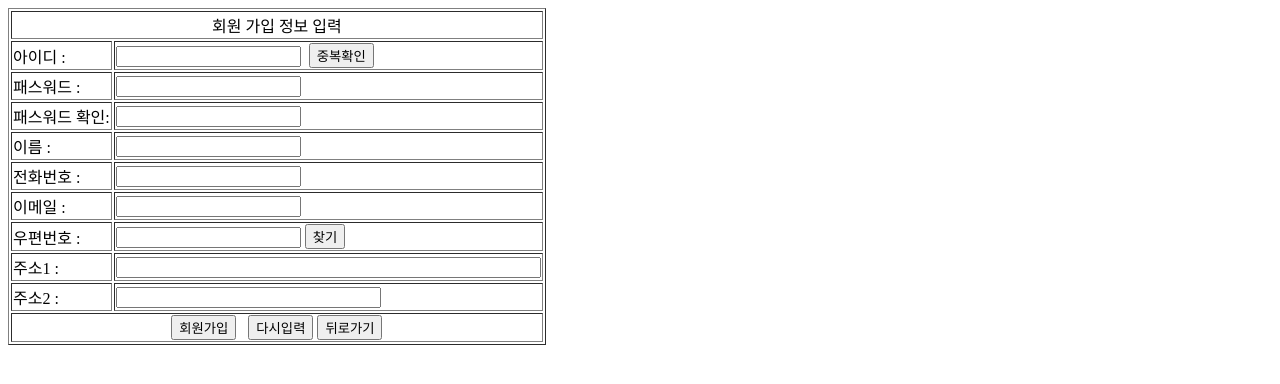
Repository: DynamicRD/jsp_Study
Page: http://localhost/jspStudy/homepageProject/regForm.jsp
The author's editor kept a copy of each file at every save. The page is drawn from the files as they stood at one save, then again after the next save.
The browser window is 1280 px wide. The pictures show the whole page.
The page is served by Tomcat 9.

Above is the page before, as saved 2024-12-12 08:07:00.

After the next save:
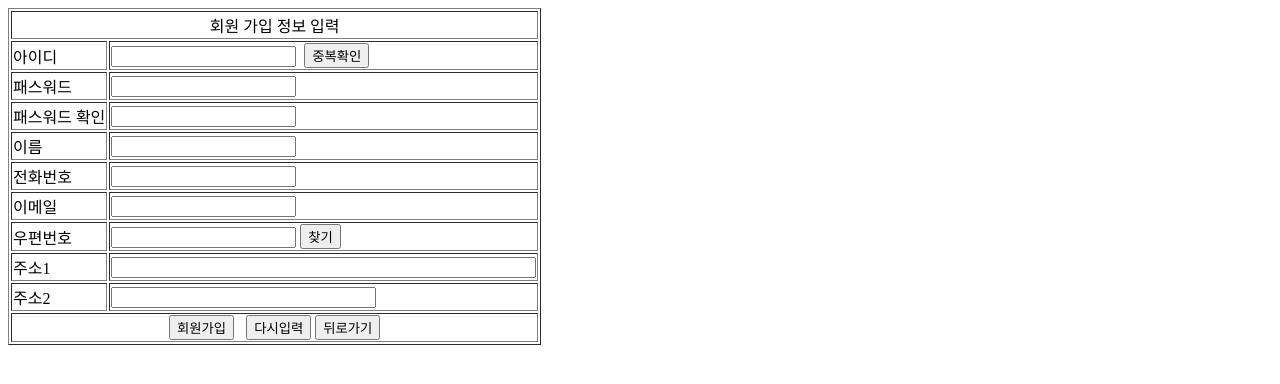
Saved 30 s later.
--- a/jspStudy/src/main/webapp/homepageProject/regForm.jsp
+++ b/jspStudy/src/main/webapp/homepageProject/regForm.jsp
@@ -13,45 +13,45 @@
 					<td  class="login_table" colspan="2" align="center">회원 가입 정보 입력</td>
 				</tr>
 				<tr>
-					<td>아이디 :</td>
+					<td>아이디</td>
 					<td>
 						<input id="input-id" type="text" name="id" required /><span></span>&nbsp;
 						<input type="button" value="중복확인" onClick="idCheck(this.form.id.value)" />
 					</td>
 				</tr>
 				<tr>
-					<td>패스워드 :</td>
+					<td>패스워드</td>
 					<td><input id="input-pw1" type="password" name="pass" required /><span></span></td>
 				</tr>
 				<tr>
-					<td >패스워드 확인:</td>
+					<td >패스워드 확인</td>
 					<td><input id="input-pw2" type="password" name="repass" required /><span></span></td>
 				</tr>
 				<tr>
-					<td>이름 :</td>
+					<td>이름</td>
 					<td><input id="input-name" type="text" name="name" required /><span></span></td>
 				</tr>
 				<tr>
-					<td>전화번호 :</td>
+					<td>전화번호</td>
 					<td><input id="input-tel"  type="tel" name="tel" required /><span></span></td>
 				</tr>
 				<tr>
-					<td>이메일 :</td>
+					<td>이메일</td>
 					<td><input  id="input-email"  type="text" name="email" required /><span></span></td>
 				</tr>
 				<tr>
-					<td>우편번호 :</td>
+					<td>우편번호</td>
 					<td>
 						<input  id="zipcode"  type="text" name="zipcode" required />
 						<input type="button" value="찾기" onClick="zipCheck()" />
 					</td>
 				</tr>
 				<tr>
-					<td>주소1 :</td>
+					<td>주소1</td>
 					<td><input  id="addr1" type="text" name="address1" size="50" required /></td>
 				</tr>
 				<tr>
-					<td>주소2 :</td>
+					<td>주소2</td>
 					<td><input id="addr2" type="text" name="address2" size="30" required /></td>
 				</tr>
 				<tr>
